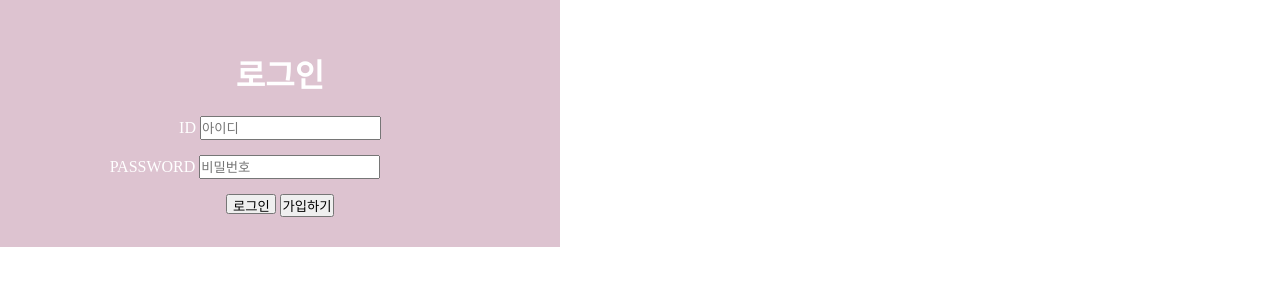
Repository: kayoyo/jsp
Page: http://localhost/BoardWeb_4/login
These files come from the project's save history. The page is drawn as it stood at one moment and after the next save; the edit follows.
The browser window is 1280 px wide. The pictures show the whole page.
The page is served by Tomcat 9. Other server files are loaded and not shown.

Above is the page before, as saved 2020-08-27 04:20:02.

### BoardWeb_4/WebContent/WEB-INF/jsp/user/login.jsp
<%@ page language="java" contentType="text/html; charset=UTF-8"
    pageEncoding="UTF-8"%>
<!DOCTYPE html>
<html>
<head>
<meta charset="UTF-8">
<style>
* { margin:0; padding: 0; }
 a {text-decoration:none; color: black;}
 .err {color: red;}
 #container {width: 500px; background-color: #ddc3d0; margin: 0; padding:30px; text-align:center;}
 h1 {margin: 20px; color: white;}
 .pw {margin-right: 70px;}
 .pw, .id {color: white; margin-bottom: 15px;}
 input {height : 20px;}
 #login {width: 50px;}


</style>
<title>로그인</title>
</head>
<body>
	<div id="container">
	<h1>로그인</h1>
	<div class="err">${msg}</div>
	<form action="/login" method="post" id="logFrom">
	<div class="id">ID
	<input type="text" name="user_id" placeholder="아이디" value="${data.user_id}"></div>
	<div class="pw">PASSWORD
	<input type="password" name="user_pw" placeholder="비밀번호"></div>
	<input type="submit" value="로그인" id="login">
	<a href="/join"><button>가입하기</button></a>
	</form>
	</div>
</body>
</html>

### BoardWeb_4/src/com/koreait/pjt/user/LoginSer.java
package com.koreait.pjt.user;

import java.io.IOException;
import javax.servlet.ServletException;
import javax.servlet.annotation.WebServlet;
import javax.servlet.http.HttpServlet;
import javax.servlet.http.HttpServletRequest;
import javax.servlet.http.HttpServletResponse;
import javax.servlet.http.HttpSession;

import com.koreait.pjt.Const;
import com.koreait.pjt.MyUtils;
import com.koreait.pjt.ViewResolver;
import com.koreait.pjt.db.UserDAO;
import com.koreait.pjt.vo.LoginHistroryVO;
import com.koreait.pjt.vo.UserVO;


@WebServlet("/login")
public class LoginSer extends HttpServlet {
	private static final long serialVersionUID = 1L;


	protected void doGet(HttpServletRequest request, HttpServletResponse response) throws ServletException, IOException {
		if(request.getRemoteAddr().equals("192.168.2.6")) {
			response.sendRedirect("/blockip");
		}

		ViewResolver.forword("user/login", request, response);
	}
	protected void doPost(HttpServletRequest request, HttpServletResponse response) throws ServletException, IOException {

		String user_id = request.getParameter("user_id");
		String user_pw = request.getParameter("user_pw");
		String encrypt_pw = MyUtils.encryptString(user_pw);

		UserVO param = new UserVO();
		param.setUser_id(user_id);
		param.setUser_pw(encrypt_pw);

		int result = UserDAO.login(param); //param의 주소값

		if(result !=1) {
			request.setAttribute("data", param);
			switch(result) {
			case 2 : request.setAttribute("msg", "비밀번호가 다릅니다");
			break;
			case 3 : request.setAttribute("msg", "아이디가 다릅니다");
			break;
			default : request.setAttribute("msg", "로그인을 실패했습니다");
			}
			param = null;
			doGet(request, response);
			return;
		}

		//로그인 히스토리 기록
		String agent = request.getHeader("User-Agent");
		System.out.println("agent : " + agent);
		String os = getOs(agent);
		String browser = getBrowser(agent);
		String ip_addr = request.getRemoteAddr();

		System.out.println("os : " + os);
		System.out.println("browser : " + browser);
		System.out.println("ip_addr : " + ip_addr);

		LoginHistroryVO ulhVO = new LoginHistroryVO();
		ulhVO.setI_user(param.getI_user());
		ulhVO.setOs(os);
		ulhVO.setIp_addr(ip_addr);
		ulhVO.setBrowser(browser);
		UserDAO.insUserLoginHistory(ulhVO);


		HttpSession hs = request.getSession();
		hs.setAttribute(Const.LOGIN_USER, param);

		System.out.println("로그인 성공");
		response.sendRedirect("/board/list");

	}
	private String getBrowser(String agent) {
		if(agent.toLowerCase().contains("msie")) {
			return "IE";
		} else if(agent.toLowerCase().contains("chrome")) {
			return "chrome";
		} else if(agent.toLowerCase().contains("safari")) {
			return "safari";
		}
		return "";
	}
	private String getOs(String agent) {

		if(agent.contains("mac")) {
			return "mac";
		} else if(agent.toLowerCase().contains("windows")) {
			return "windows";
		} else if(agent.toLowerCase().contains("x11")) {
			return "linux";
		} else if(agent.toLowerCase().contains("android")) {
			return "android";
		} else if(agent.toLowerCase().contains("iphone")) {
			return "ios";
		}
		return "";
	}

}

### BoardWeb_4/src/com/koreait/pjt/ViewResolver.java
package com.koreait.pjt;

import java.io.IOException;

import javax.servlet.ServletException;
import javax.servlet.http.HttpServlet;
import javax.servlet.http.HttpServletRequest;
import javax.servlet.http.HttpServletResponse;

public class ViewResolver {
	public static void forword(String fileNm, HttpServletRequest request, HttpServletResponse response) throws ServletException, IOException{
		String jsp = String.format("/WEB-INF/jsp/%s.jsp", fileNm);
		request.getRequestDispatcher(jsp).forward(request, response);

	}

	//로그인 체크
	public static void forwordLoginChk(String fileNm, HttpServletRequest request, HttpServletResponse response) throws ServletException, IOException {

		if(MyUtils.isLogout(request)) {
			response.sendRedirect("/login"); //로그인이 안되어 있을 때
			return;
		}
		ViewResolver.forword(fileNm, request, response);
	}

}

After the next save:
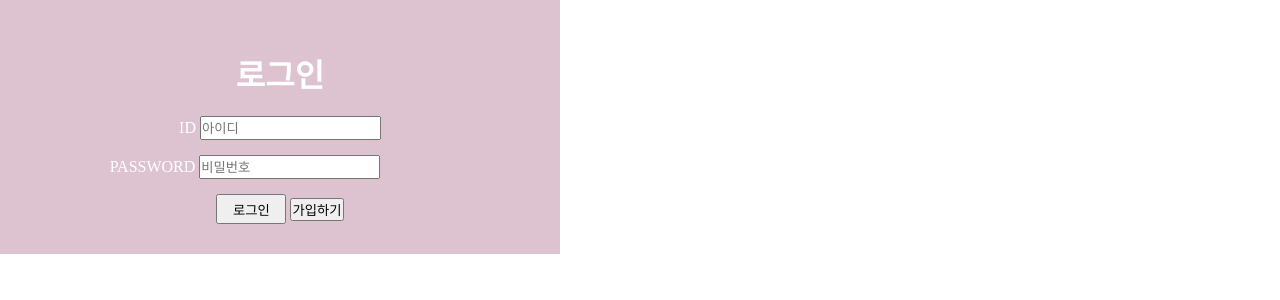
Saved 20 s later.
--- a/BoardWeb_4/WebContent/WEB-INF/jsp/user/login.jsp
+++ b/BoardWeb_4/WebContent/WEB-INF/jsp/user/login.jsp
@@ -13,7 +13,7 @@
  .pw {margin-right: 70px;}
  .pw, .id {color: white; margin-bottom: 15px;}
  input {height : 20px;}
- #login {width: 50px;}
+ #login {width: 70px; height: 30px;}
 
 
 </style>
